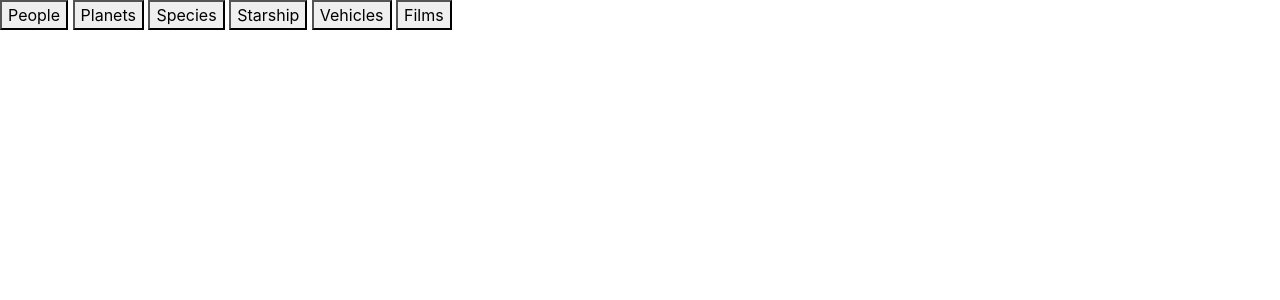
Repository: romqrq/Red-Planet-Explorer
Page: index.1.html
The author's editor kept a record of every edit. The page is drawn from the files as they stood at one moment, then again after the next edit.
The browser window is 1280 px wide. The pictures show the whole page.
Some web fonts or font styles are not loaded; a fallback is used. Some web libraries are served in a nearby version.

Above is the page before.

After the next edit:
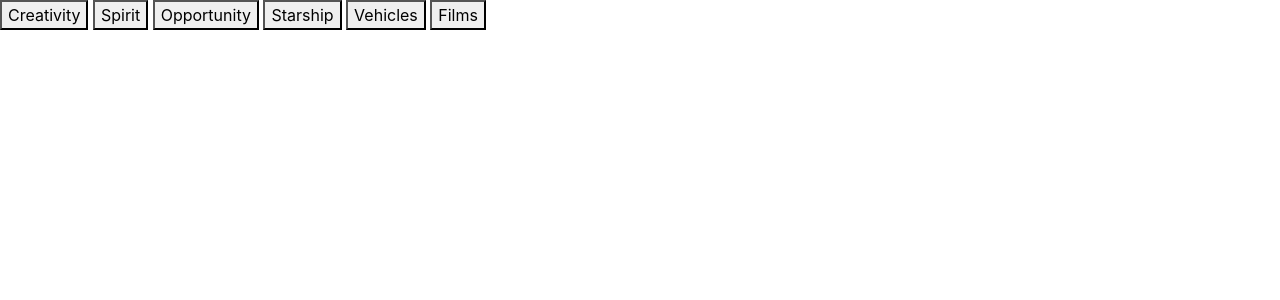
The edit:
--- a/index.1.html
+++ b/index.1.html
@@ -17,9 +17,9 @@
 </head>
 
 <body>
-    <button onclick="writeToDocument('curiosity')">People</button>
-    <button onclick="writeToDocument('spirit')">Planets</button>
-    <button onclick="writeToDocument('opportunity')">Species</button>
+    <button onclick="writeToDocument('curiosity')">Creativity</button>
+    <button onclick="writeToDocument('spirit')">Spirit</button>
+    <button onclick="writeToDocument('opportunity')">Opportunity</button>
     <button onclick="writeToDocument('starships')">Starship</button>
     <button onclick="writeToDocument('vehicles')">Vehicles</button>
     <button onclick="writeToDocument('films')">Films</button>
